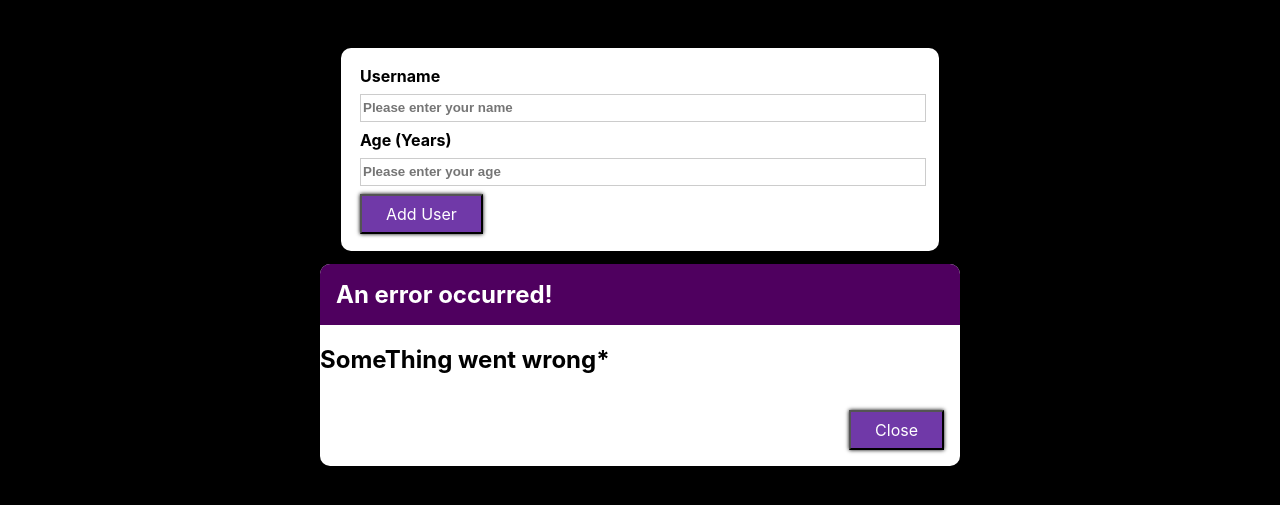
Repository: NamalPathirana/section-eight
Page: /
These files come from the project's save history. The page is drawn as it stood at one moment and after a run of saves; the edit follows.
The browser window is 1280 px wide. The pictures show the whole page.
The project was rebuilt for these pictures with package versions that can differ from the ones it lists, and the page was loaded fresh each time. Also part of the build but not shown: src/App.module.css.

Above is the page before, as saved 2021-12-04 15:24:24.

### src/index.css
body {
  margin: 0;
  padding: 0%;
  height: 100%;
  width: 100%;
  display: flex;
  flex-direction: column;
  background-color: black;
  font-family: -apple-system, BlinkMacSystemFont, 'Segoe UI', 'Roboto', 'Oxygen',
    'Ubuntu', 'Cantarell', 'Fira Sans', 'Droid Sans', 'Helvetica Neue',
    sans-serif;
  -webkit-font-smoothing: antialiased;
  -moz-osx-font-smoothing: grayscale;
}

code {
  font-family: source-code-pro, Menlo, Monaco, Consolas, 'Courier New',
    monospace;
}

### src/App.js
import styles from "./App.module.css";
import react, { useState } from "react";
import UserInput from "./Components/UserInput/UserInput";
import UserList from "./Components/UserList/UserList";
import Card from "./UI/Card/Card";

function App() {
  const [listOfEntries, SetListOfEntries] = useState([
    { key: 0, name: "Dave", age: "000" },
    { key: 1, name: "looper", age: "29" },
  ]);

  const UserEntryCallbackHandler = (props) => {
    SetListOfEntries((prevListOfEntries) => {
      const tempList = [...prevListOfEntries];
      tempList.unshift({
        key: Math.random(),
        name: props.name,
        age: props.age,
      });
      return tempList;
    });
    console.log(listOfEntries);
  };

  const entryDeletionCallback = (entryKey) => {
    SetListOfEntries((perEntry) => {
      const updatedEntries = perEntry.filter((entry) => {
        return entry.key !== entryKey;
      });
      return updatedEntries;
    });
  };

  let UserInfoSegment = <Card><h3 className={styles.block}>No Entries Exists To Display</h3></Card>;

  if (listOfEntries.length > 0) {
    UserInfoSegment = (
      <UserList
        items={listOfEntries}
        deletionHandler={entryDeletionCallback}
      ></UserList>
    );
  }

  return (
    <div className="App">
      <section>
        <UserInput onUserEntry={UserEntryCallbackHandler}></UserInput>
      </section>
      <section>
      {UserInfoSegment}
      </section>
    </div>
  );
}

export default App;

### src/Components/UserInput/UserInput.js
import Button from "../../UI/Button/Button";
import styles from "./UserInput.module.css";
import { useState } from "react";
import Card from "../../UI/Card/Card";
import ErrorModal from "../../UI/ErrorModal/ErrorModal";

const UserInput = (props) => {
  const userEntry = { key: 0, name: "lol", age: "25" };

  const [username, SetUserName] = useState("");
  const [age, SetAge] = useState("");
  const [isValid, SetIsValid] = useState(true);

  const NameInputHandler = (props) => {
    SetUserName(props.target.value);

    if (props.target.value.length > 0) {
      SetIsValid(true);
    }
    // console.log('[UserInput.js / userName : ]'+username)
  };

  const AgeInputHandler = (props) => {
    SetAge(props.target.value);
    if (props.target.value.length > 0) {
      SetIsValid(true);
    }
    // console.log('[UserInput.js / userName : ]'+age);
  };

  const FormSubmitHandler = (event) => {
    event.preventDefault();

    if (username.length === 0) {
      SetIsValid(false);
      return;
    }
    if(+age<1){
        SetIsValid(false);
        return;
    }

    userEntry.key = Math.random();
    userEntry.name = username;
    userEntry.age = age;

    props.onUserEntry(userEntry);

    SetUserName("");
    SetAge("");
  };

  return (
    <div>
    <ErrorModal title="An error occurred!" message='SomeThing went wrong*'></ErrorModal>
    <Card>
      <form onSubmit={FormSubmitHandler}>
        <div className={styles.frame}>
          <label className={`${!isValid ? styles.inValid : ""}`}>
            Username
          </label>
          <input
            placeholder="Please enter your name"
            type="text"
            onChange={NameInputHandler}
            className={!isValid ? styles.inValid : ""}
            value={username}
          />
          <label className={`${!isValid ? styles.inValid : ""}`}>
            Age (Years)
          </label>
          <input
            placeholder="Please enter your age"
            type="number"
            max="120"
            maxLength="2"
            min="12"
            onChange={AgeInputHandler}
            value={age}
            className={`${!isValid ? styles.inValid : ""}`}
          />
          <Button name="Add User" type="submit"></Button>
        </div>
      </form>
    </Card>
    </div>
  );
};

export default UserInput;

### src/Components/UserList/UserList.js
import styles from './UserList.module.css';
import UserListItem from '../UserListItem/UserListItem'
import Card from '../../UI/Card/Card';


const UserList = (props) => {

    const listUserItems = props.items.map(row=>{
        return  <UserListItem key={row.key} name={row.name} age={row.age} clicked={()=>{props.deletionHandler(row.key)}}/>;
    });

    return(
        <Card>
        <div className={styles.frame}>
           {listUserItems}
        </div>
        </Card>
    );
}

export default UserList;

### src/UI/Card/Card.js
import styles from './Card.module.css';

const Card = (props) => {

    return (<div className={`${styles.card} ${props.className}`}>
        {props.children}
    </div>);

}

export default Card;

### src/UI/Button/Button.js
import styles from "./Button.module.css";

const Button = (props) => {
  return <button className={styles.button} type={props.type || 'button'}>{props.name}</button>;
};

export default Button;

### src/Components/UserInput/UserInput.module.css
.frame{

}

.frame input{
    display: block;
    font-weight: bold;
    border: 1px solid #ccc;
    line-height: 1.5rem;
    padding: 100 0.25rm;
    width: 100%;
    margin-bottom: 0.5rem;
}

.frame input:hover{
    border: 1px solid rgb(49, 45, 45);
}

label.inValid {
    color: red;
}

input.inValid {
    background-color: rgb(233, 161, 161);
    border: 1px solid red;
 }

.frame label{
    display: block;
    align-content: flex-start;
    font-weight: bold;
    margin-bottom: 0.5rem;
}

### src/UI/ErrorModal/ErrorModal.js
import styles from "./ErrorModal.module.css";
import Card from "../Card/Card";
import Button from "../Button/Button"

const ErrorModal = (props) => {
  return (
    <div className={styles.backdrop}>
    <Card className={styles.modal}>
      <header className={styles.header} ><h2>{props.title}</h2></header>
      <h2 className={styles.message}>{props.message}</h2>
      <footer className={styles.actions}><Button name="Close"></Button></footer>
    </Card>
    </div>
  );
};

export default ErrorModal;

### src/Components/UserList/UserList.module.css
.frame{

}

### src/Components/UserListItem/UserListItem.js
import styles from './UserListItem.module.css';


const UserListItem = (props) => {

    return(
        <div className={styles.list_item} onClick={props.clicked}>
            <h3>{props.name} ({props.age} Years Old)</h3>
        </div>
    );
}

export default UserListItem;

### src/UI/Card/Card.module.css
.card{
    margin: 0.5rem 0.5rem;
    padding: 1.1rem 1.2rem;
    width: 35rem;
    max-width: 90%;
    margin: 3rem auto;
    background-color: white;
    border-radius: 10px;
}

### src/UI/Button/Button.module.css
.button{
    font: inherit;
    padding: 0.5rem 1.5rem;
    background-color: rgb(112, 57, 168);
    color:white;
    box-shadow: 0 0 4px black;
    cursor: pointer;
    width: auto;
}

.button:focus{
    outline: none;
}

.button:hover,.button:active{
    background-color: rgb(185, 140, 231);
    border-color: rgb(185, 140, 231);
    box-shadow: 0 0 8px black;
}

### src/UI/ErrorModal/ErrorModal.module.css
.backdrop{
    position: fixed;
}

.modal {
  position: fixed;
  top: 30vh;
  left: 10%;
  width: 80%;
  z-index: 100;
  overflow: hidden;
  padding: 0 !important;
}

.header {
  background: #4f005f;
  padding: 1rem;
}

.header h2 {
  color: white;
  margin: 0;
}

.content {
  padding: 1rem;
}

.actions {
  padding: 1rem;
  display: flex;
  justify-content: flex-end;
}

@media (min-width: 768px) {
  .modal {
    left: calc(50% - 20rem);
    width: 40rem;
  }
}

### src/Components/UserListItem/UserListItem.module.css
.list_item{
    border: 1px solid gray;
    display: block;
    padding: 0.5rem 0.3rem;
    margin: 3px 0px;

}

.list_item:hover{
    background-color: antiquewhite;
}

.list_item:active{
    background-color: rgb(251, 199, 199);
}


.list_item h3{
    margin: 0px;
}

Loaded but not shown: public/index.html (common file); src/index.js (common file); src/reportWebVitals.js (common file)

After the next 2 saves:
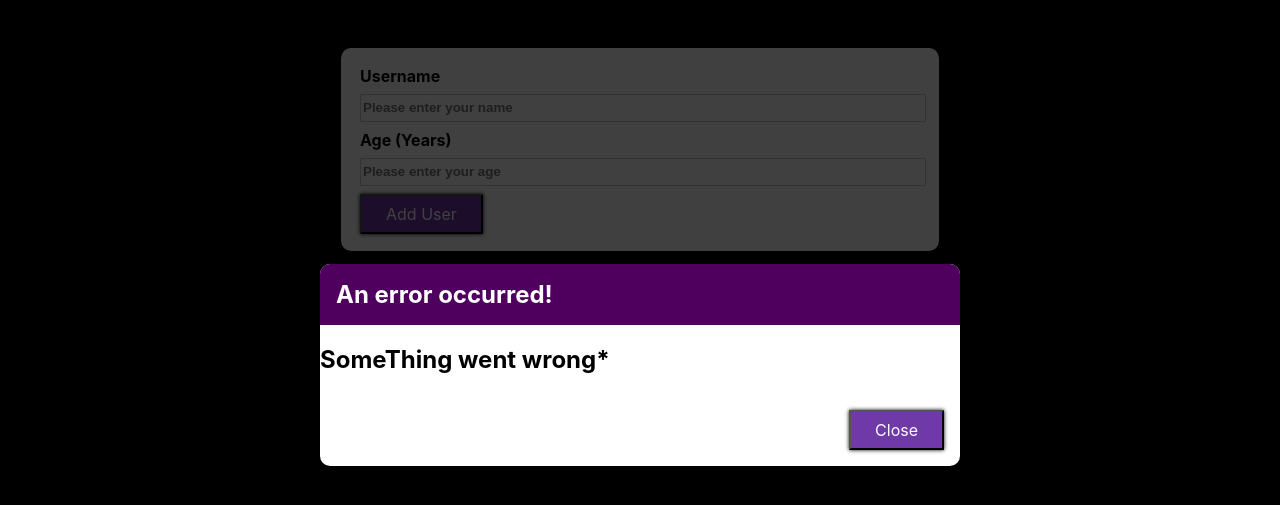
The 2 saves are shown as one change because they came seconds apart.
The last was saved 46 s later.
--- a/src/UI/ErrorModal/ErrorModal.module.css
+++ b/src/UI/ErrorModal/ErrorModal.module.css
@@ -1,5 +1,11 @@
-.backdrop{
-    position: fixed;
+.backdrop {
+  position: fixed;
+  top: 0;
+  left: 0;
+  width: 100%;
+  height: 100vh;
+  z-index: 10;
+  background: rgba(0, 0, 0, 0.75);
 }
 
 .modal {

After the save that followed:
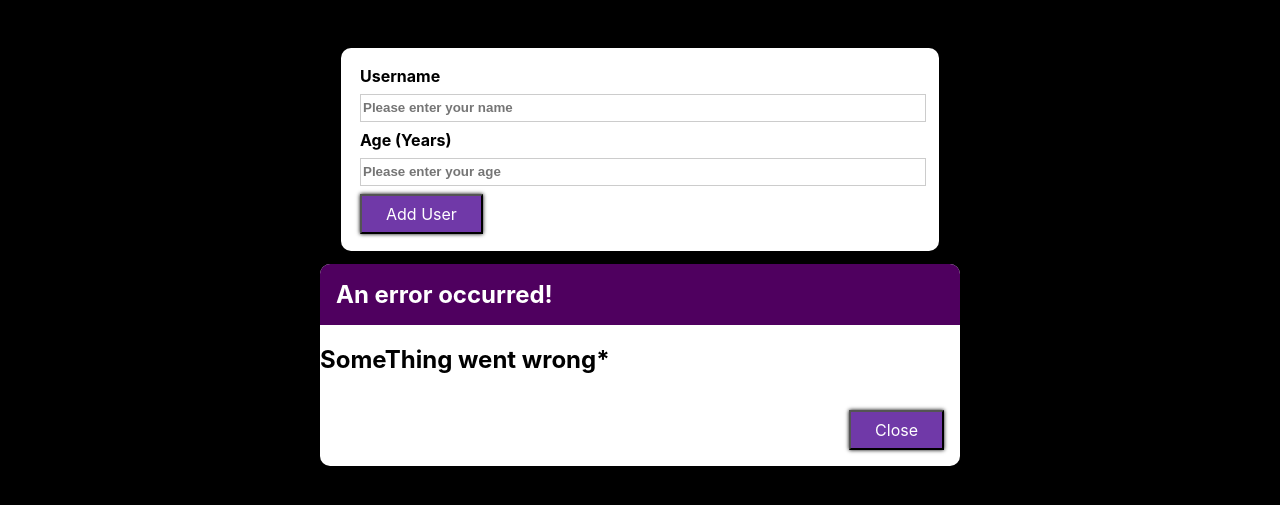
Saved 16 s later.
--- a/src/UI/ErrorModal/ErrorModal.module.css
+++ b/src/UI/ErrorModal/ErrorModal.module.css
@@ -1,11 +1,7 @@
 .backdrop {
   position: fixed;
   top: 0;
-  left: 0;
-  width: 100%;
-  height: 100vh;
-  z-index: 10;
-  background: rgba(0, 0, 0, 0.75);
+
 }
 
 .modal {
